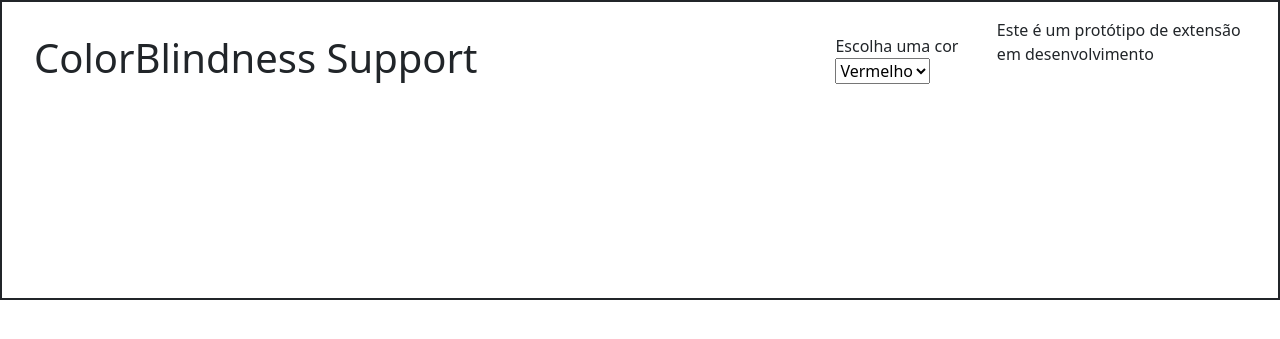
Repository: pedrosiqueira/daltonchrome
Page: popup.html
The author's editor kept a copy of each file at every save. The page is drawn from the files as they stood at one save, then again after the next save.
The browser window is 1280 px wide. The pictures show the whole page.

Above is the page before, as saved 2022-06-17 13:05:51.

### popup.html
<!DOCTYPE html>
<html>

<head>
    <meta charset="utf-8" />
    <link href="css/vendor/bootstrap.min.css" rel="stylesheet" crossorigin="anonymous">
    <link rel="stylesheet" type="text/css" href="css/popup.css" />
</head>

<body class="p-3 d-flex border border-dark border-2 ">

    <div class="container flex p-3 d-flex row">

        <h1> ColorBlindness Support </h1>

        <!--
        <div class="form-check form-switch col">
            <input class="form-check-input" type="checkbox" id="flexSwitchCheckChecked">
            <label class="form-check-label" for="flexSwitchCheckChecked" id="MeuSwitch">Ativar extensão</label>
        </div>

        <button id="meubotao" type="button" class="btn row w-10 h-15 btn-dark">
            Clique-me
        </button>
    -->

    </div>

    <div class="p-3">
        <label for="cores">Escolha uma cor</label>

        <select name="cores" id="cores">
            <option value="red">Vermelho</option>
            <option value="green">Verde</option>
            <option value="blue">Azul</option>
        </select>
    </div>

    <alert id="alert">Este é um protótipo de extensão em desenvolvimento</alert>

    <script src="js/vendor/jquery-3.6.0.min.js"></script>
    <script src="js/vendor/bootstrap.bundle.min.js"></script>
    <script src="js/popup.js"></script>
</body>

</html>

### css/popup.css
body {
    min-width:600px;
    min-height:300px;
}

#table-wrapper {
    position:relative;
    white-space: nowrap;
}
#table-scroll {
    overflow:auto;
    margin-top:20px;
}
#table-wrapper table {
    width:100%;

}

#table-wrapper table thead th .text {
    position:absolute;
    top:-20px;
    z-index:2;
    height:20px;
    width:35%;
    border:1px solid red;
}

#table-wrapper table tbody td{
    border: 1px solid black;
}

### js/popup.js
start()

function start() {
    $("#meubotao").click(umafuncao)
}

function ativar(){
    $("#MeuSwitch")
}


async function umafuncao() {

    // obtém a aba atual
    [currentTab] = await chrome.tabs.query({ active: true, currentWindow: true });

    // envia mensagem para a aba atual
    chrome.tabs.sendMessage(currentTab.id, { nome: "Carol", curso: "TADS", orientador: "pedro" }, callback);


}

// funcao que recebe a resposta da mensagem que foi enviada para alguma aba
function callback(response) {
    console.log("ufa, a mensagem conseguiu chegar!")
    console.log(response)
}

Loaded but not shown: css/vendor/bootstrap.min.css (library); js/vendor/jquery-3.6.0.min.js (library); js/vendor/bootstrap.bundle.min.js (library)

After the next save:
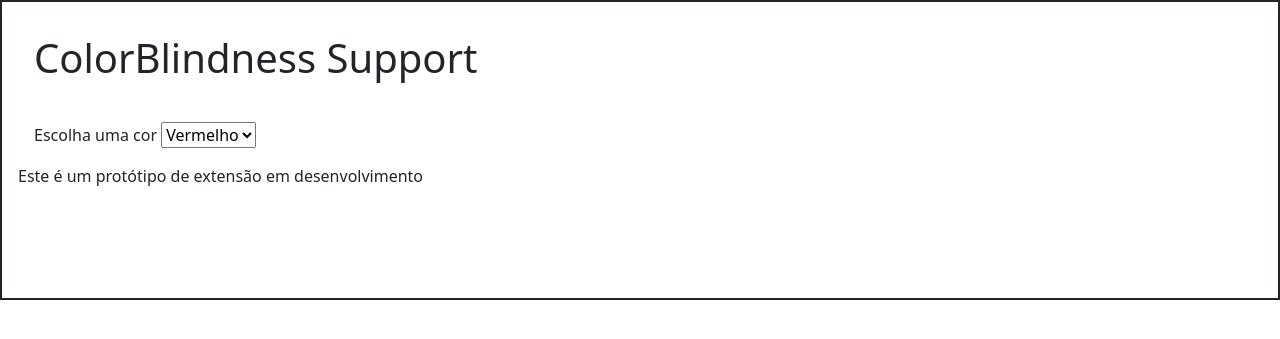
Saved 27 s later.
--- a/popup.html
+++ b/popup.html
@@ -7,7 +7,7 @@
     <link rel="stylesheet" type="text/css" href="css/popup.css" />
 </head>
 
-<body class="p-3 d-flex border border-dark border-2 ">
+<body class="p-3 flex border border-dark border-2 ">
 
     <div class="container flex p-3 d-flex row">
 
